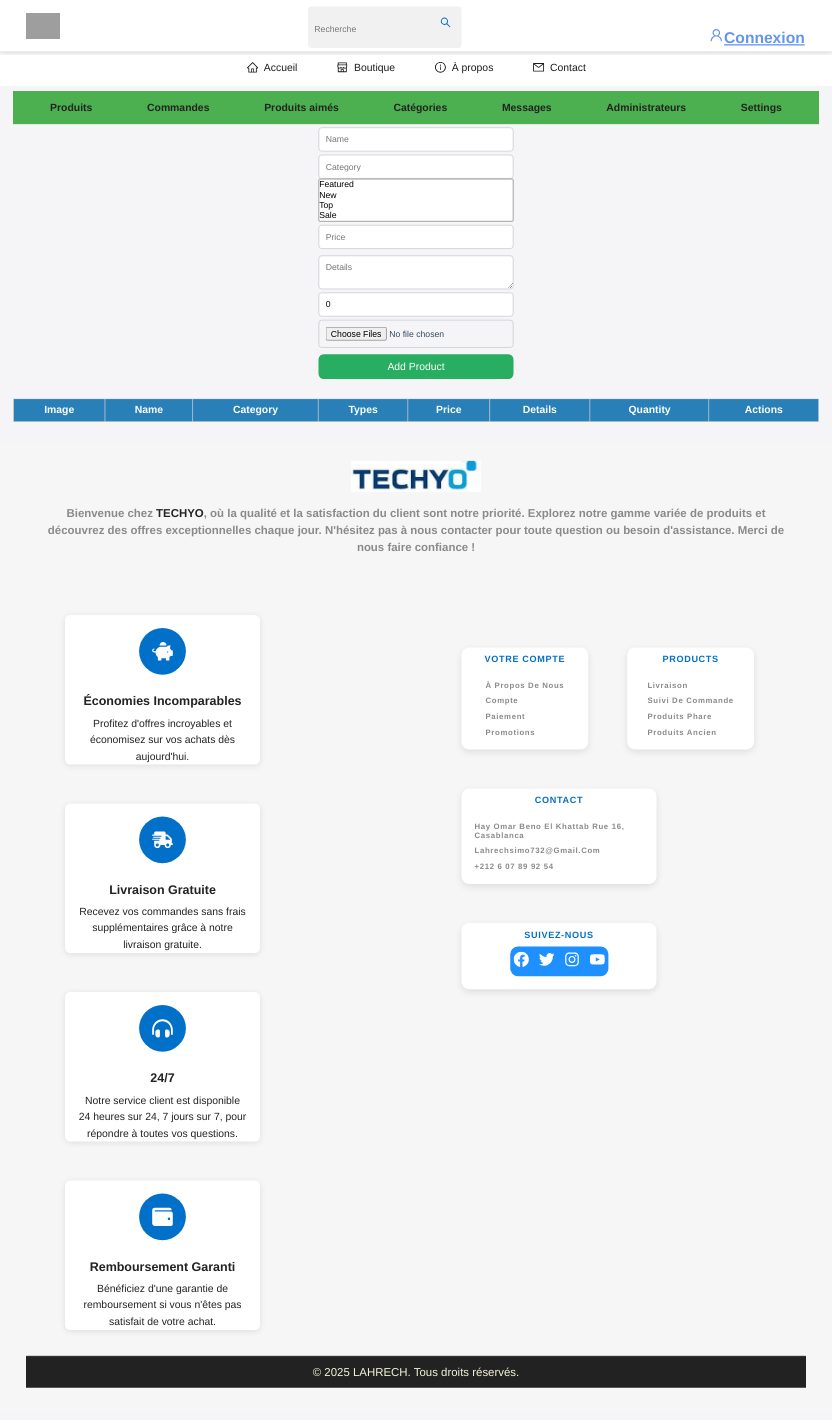
Repository: sebti-cloud/project-modern
Page: /products (app in ecommerce_website/)
The author's editor kept a copy of each file at every save. The page is drawn from the files as they stood at one save, then again after the next save.
The browser window is 1280 px wide. The pictures show the whole page, at 65% of full size.
The page's requests for data from a server got no answer. The project was rebuilt for these pictures with package versions that can differ from the ones it lists, and the page was loaded fresh each time. No one was signed in, and anything a server would have sent is missing. Also part of the build but not shown: ecommerce_website/src/comp/home.js, ecommerce_website/src/comp/shop.js, ecommerce_website/src/comp/cart.js, ecommerce_website/src/comp/contact.js, ecommerce_website/src/comp/rout.js, ecommerce_website/src/comp/Orders.js, ecommerce_website/src/comp/LikedProducts.js, ecommerce_website/src/comp/Categories.js and 32 more.

Above is the page before, as saved 2025-01-27 17:15:41.

After the next save:
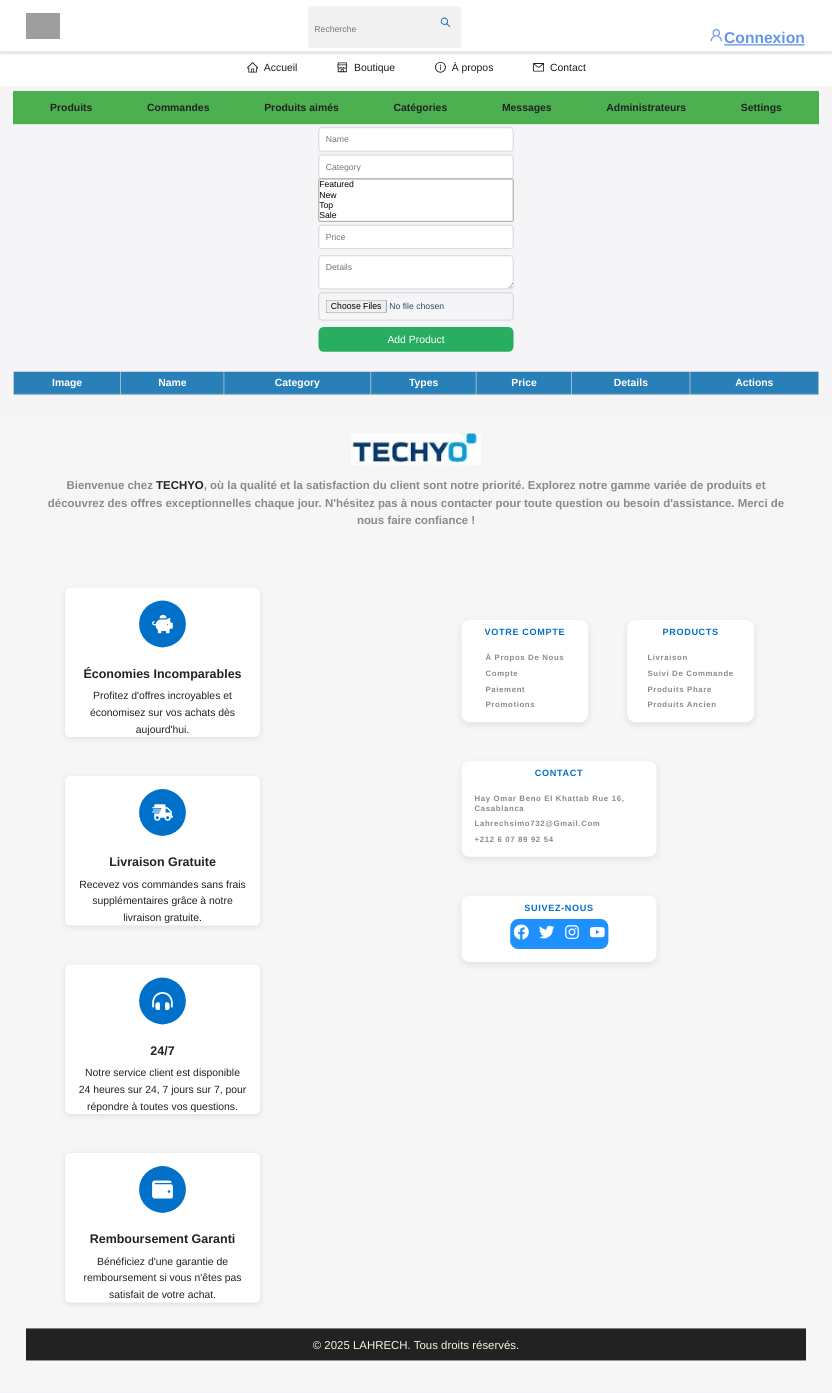
Saved 4 min 27 s later.
--- a/ecommerce_website/src/comp/Products.js
+++ b/ecommerce_website/src/comp/Products.js
@@ -193,7 +193,7 @@
 
 const Products = () => {
     const [products, setProducts] = useState([]);
-    const [newProduct, setNewProduct] = useState({ name: '', category: '', types: [], price: '', details: '', quantity: 0 });
+    const [newProduct, setNewProduct] = useState({ name: '', category: '', types: [], price: '', details: '' });
     const [editProduct, setEditProduct] = useState(null);
     const [selectedFiles, setSelectedFiles] = useState([]);
 
@@ -256,7 +256,6 @@
         formData.append('types', JSON.stringify(newProduct.types));
         formData.append('price', newProduct.price);
         formData.append('details', newProduct.details);
-        formData.append('quantity', newProduct.quantity);
 
         selectedFiles.forEach((file) => {
             formData.append('images', file);
@@ -269,7 +268,7 @@
             });
             if (response.ok) {
                 fetchProducts();
-                setNewProduct({ name: '', category: '', types: [], price: '', details: '', quantity: 0 });
+                setNewProduct({ name: '', category: '', types: [], price: '', details: '' });
                 setSelectedFiles([]);
                 alert('Product added successfully!', 'alert-success');
             } else {
@@ -293,7 +292,6 @@
         formData.append('types', JSON.stringify(editProduct.types || []));
         formData.append('price', editProduct.price);
         formData.append('details', editProduct.details);
-        formData.append('quantity', editProduct.quantity);
 
         if (selectedFiles.length > 0) {
             selectedFiles.forEach((file) => {
@@ -340,17 +338,17 @@
 
     return (
         <div className="admin-dashboard">
-            <nav>
-                <ul>
-                    <li><Link to="/products">Produits</Link></li>
-                    <li><Link to="/orders">Commandes</Link></li>
-                    <li><Link to="/likedProducts">Produits aimés</Link></li>
-                    <li><Link to="/categories">Catégories</Link></li>
-                    <li><Link to="/contacts">Messages</Link></li>
-                    <li><Link to="/admins">Administrateurs</Link></li>
-                    <li><Link to="/admin-settings">Settings</Link></li>
-                </ul>
-            </nav>
+                  <nav>
+                    <ul>
+                      <li><Link to="/products">Produits</Link></li>
+                      <li><Link to="/orders">Commandes</Link></li>
+                      <li><Link to="/likedProducts">Produits aimés</Link></li>
+                      <li><Link to="/categories">Catégories</Link></li>
+                      <li><Link to="/contacts">Messages</Link></li>
+                      <li><Link to="/admins">Administrateurs</Link></li>
+                      <li><Link to="/admin-settings">Settings</Link></li>
+                    </ul>
+                  </nav>
             <form onSubmit={editProduct ? handleUpdateProduct : handleAddProduct}>
                 <input type="text" name="name" placeholder="Name" value={editProduct ? editProduct.name : newProduct.name} onChange={handleChange} required />
                 <input type="text" name="category" placeholder="Category" value={editProduct ? editProduct.category : newProduct.category} onChange={handleChange} required />
@@ -362,7 +360,6 @@
                 </select>
                 <input type="number" name="price" placeholder="Price" value={editProduct ? editProduct.price : newProduct.price} onChange={handleChange} required />
                 <textarea name="details" className="details" placeholder="Details" value={editProduct ? editProduct.details : newProduct.details} onChange={handleChange} required />
-                <input type="number" name="quantity" placeholder="Quantity" value={editProduct ? editProduct.quantity : newProduct.quantity} onChange={handleChange} required /> {/* Champ quantité */}
                 <input
                     type="file"
                     name="images"
@@ -382,7 +379,6 @@
                         <th>Types</th>
                         <th>Price</th>
                         <th>Details</th>
-                        <th>Quantity</th> {/* En-tête pour la quantité */}
                         <th>Actions</th>
                     </tr>
                 </thead>
@@ -408,17 +404,16 @@
                             <td>{product.types && product.types.length > 0 ? product.types.join(', ') : 'No types'}</td>
                             <td>{product.price} MAD</td>
                             <td>{product.details}</td>
-                            <td>{product.quantity}</td> {/* Afficher la quantité */}
                             <td>
                                 <button onClick={() => handleEditProduct(product)} className="edit-button">Edit</button>
                                 <button onClick={() => handleDeleteProduct(product.id)} className="delete-button">Delete</button>
                             </td>
                         </tr>
-                                   ))}
-                                   </tbody>
-                               </table>
-                           </div>
-                       );
-                   };
-
-                   export default Products;
+                    ))}
+                </tbody>
+            </table>
+        </div>
+    );
+};
+
+export default Products;
